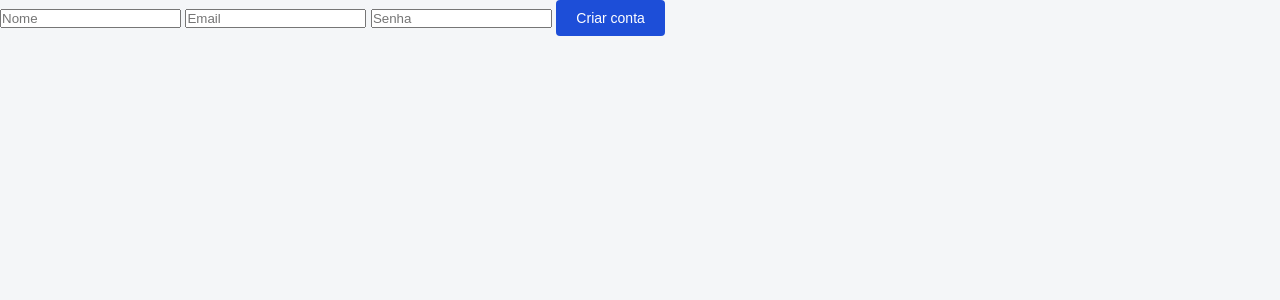
Repository: juvencio009/infratech-web
Page: register.html
These files come from the project's save history. The page is drawn as it stood at one moment and after the next save; the edit follows.
The browser window is 1280 px wide. The pictures show the whole page.

Above is the page before, as saved 2025-12-18 14:55:06.

### register.html
<!DOCTYPE html>
<html lang="en">
<head>
    <meta charset="UTF-8">
    <meta name="viewport" content="width=device-width, initial-scale=1.0">
    <title>Register & Login</title>
    <link rel="stylesheet" href="css/style.css">
</head>
<body>
    <form id="registerForm" >
    <input type="text" id="name" placeholder="Nome" required />
    <input type="email" id="email" placeholder="Email" required />
    <input type="password" id="password" placeholder="Senha" required />
    <button>Criar conta</button>
    </form>
    <script src="src/main.js"></script>
</body>
</html>

### css/style.css
/* ===============================
   RESET & BASE
================================ */

* {
  box-sizing: border-box;
  margin: 0;
  padding: 0;
  font-family: Arial, Helvetica, sans-serif;
}

body {
  background: #f4f6f8;
  color: #1f2937;
  line-height: 1.5;
}

/* ===============================
   HEADER
================================ */

header {
  background: #ffffff;
  border-bottom: 1px solid #e5e7eb;
  padding: 16px 40px;
  display: flex;
  align-items: center;
  justify-content: space-between;
}

.logo {
  font-size: 22px;
  font-weight: bold;
  color: #1d4ed8;
  cursor: pointer;
}

.header-actions button {
  background: transparent;
  border: 1px solid #1d4ed8;
  color: #1d4ed8;
  padding: 6px 14px;
  border-radius: 4px;
  cursor: pointer;
  font-size: 14px;
}

.header-actions button:disabled {
  opacity: 0.6;
  cursor: default;
}

/* ===============================
   HERO / INTRO (INDEX)
================================ */

.hero {
  padding: 50px 40px 30px;
}

.hero h1 {
  font-size: 28px;
  margin-bottom: 10px;
}

.hero p {
  color: #4b5563;
  max-width: 600px;
}

/* ===============================
   GRID DE DISCIPLINAS
================================ */

.grid {
  padding: 40px;
  display: grid;
  grid-template-columns: repeat(auto-fit, minmax(230px, 1fr));
  gap: 24px;
}

.card {
  background: #ffffff;
  border-radius: 8px;
  padding: 30px 20px;
  text-align: center;
  border: 1px solid #e5e7eb;
  cursor: pointer;
  transition: 0.2s ease;
}

.card:hover {
  transform: translateY(-4px);
  box-shadow: 0 6px 20px rgba(0, 0, 0, 0.08);
}

.card i {
  font-size: 38px;
  color: #1d4ed8;
  margin-bottom: 14px;
}

.card h3 {
  font-size: 18px;
  margin-bottom: 8px;
}

.card span {
  font-size: 13px;
  color: #6b7280;
}

/* ===============================
   MAIN (QUIZ)
================================ */

main {
  max-width: 720px;
  margin: 40px auto;
  background: #ffffff;
  border-radius: 8px;
  border: 1px solid #e5e7eb;
  padding: 30px;
}

.subtitle {
  color: #6b7280;
  margin-bottom: 20px;
  font-size: 14px;
}

/* ===============================
   INTRO DO QUIZ
================================ */

#intro ul {
  margin: 20px 0;
  padding-left: 18px;
  color: #374151;
}

#intro li {
  margin-bottom: 8px;
  font-size: 14px;
}

#intro i {
  color: #dc2626;
  margin-right: 6px;
}

/* ===============================
   BOTÕES
================================ */

button {
  background: #1d4ed8;
  color: #ffffff;
  border: none;
  padding: 10px 20px;
  border-radius: 4px;
  cursor: pointer;
  font-size: 14px;
}

button:hover {
  background: #1e40af;
}

/* ===============================
   QUESTÕES
================================ */

.question-number {
  font-size: 13px;
  color: #6b7280;
  margin-bottom: 6px;
}

.question-text {
  font-size: 17px;
  margin-bottom: 20px;
}

/* ===============================
   OPÇÕES DE RESPOSTA
================================ */

.option {
  border: 1px solid #e5e7eb;
  border-radius: 4px;
  padding: 10px 12px;
  margin-bottom: 10px;
  cursor: pointer;
  transition: 0.15s;
  display: flex;
  gap: 10px;
  align-items: center;
}

.option:hover {
  background: #f9fafb;
}

.option input {
  cursor: pointer;
}

/* ===============================
   AÇÕES
================================ */

.actions {
  margin-top: 20px;
  display: flex;
  justify-content: flex-end;
}

/* ===============================
   RESULTADO
================================ */

#resultado {
  text-align: center;
}

.score {
  font-size: 28px;
  margin: 20px 0;
  color: #1d4ed8;
}

.status {
  font-size: 16px;
  font-weight: bold;
}

/* ===============================
   FOOTER
================================ */

footer {
  text-align: center;
  padding: 20px;
  font-size: 13px;
  color: #374151;
  padding: 10px 12px;
  width: 100%;
  border-top: 2px solid #374151;
  background: #f9fafb;
}

/* ===============================
   UTILIDADES
================================ */

.hidden {
  display: none;
}

/* ===============================
   RESPONSIVO
================================ */

@media (max-width: 600px) {
  header {
    padding: 14px 20px;
  }

  .hero,
  .grid {
    padding: 20px;
  }

  main {
    margin: 20px;
    padding: 20px;
  }
}

### src/main.js
const form = document.getElementById("registerForm");

form.addEventListener("submit", async (e) => {
  e.preventDefault();

  const name = document.getElementById("name").value;
  const email = document.getElementById("email").value;
  const password = document.getElementById("password").value;

  // 1️⃣ Criar usuário no AUTH
  const { data, error } = await supabaseClient.auth.signUp({
    email,
    password
  });

  if (error) {
    alert(error.message);
    return;
  }

  // 2️⃣ Inserir dados na sua tabela studio001
  const { error: insertError } = await supabaseClient
    .from("studio001")
    .insert({
      id: data.user.id,
      name: name,
      email: email
    });

  if (insertError) {
    alert(insertError.message);
    return;
  }

  alert("Conta criada com sucesso!");
});

After the next save:
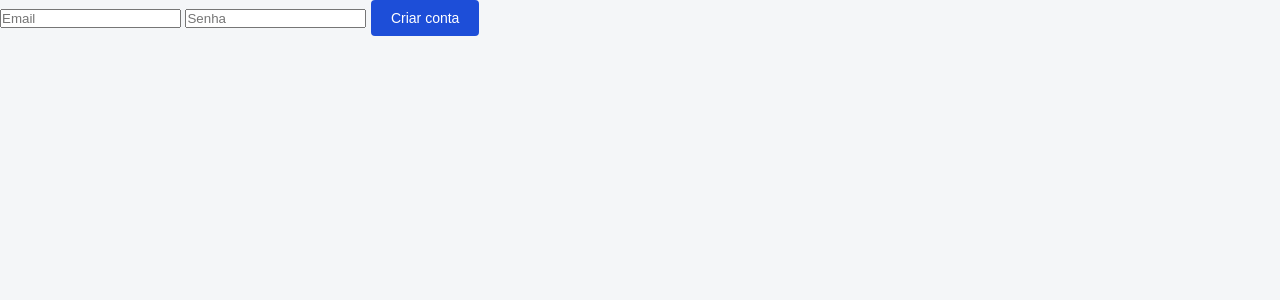
Saved 7 s later.
--- a/register.html
+++ b/register.html
@@ -7,7 +7,7 @@
     <link rel="stylesheet" href="css/style.css">
 </head>
 <body>
-    <form id="registerForm" >
+    <form id="registerForm"
     <input type="text" id="name" placeholder="Nome" required />
     <input type="email" id="email" placeholder="Email" required />
     <input type="password" id="password" placeholder="Senha" required />

After the 2 saves that followed:
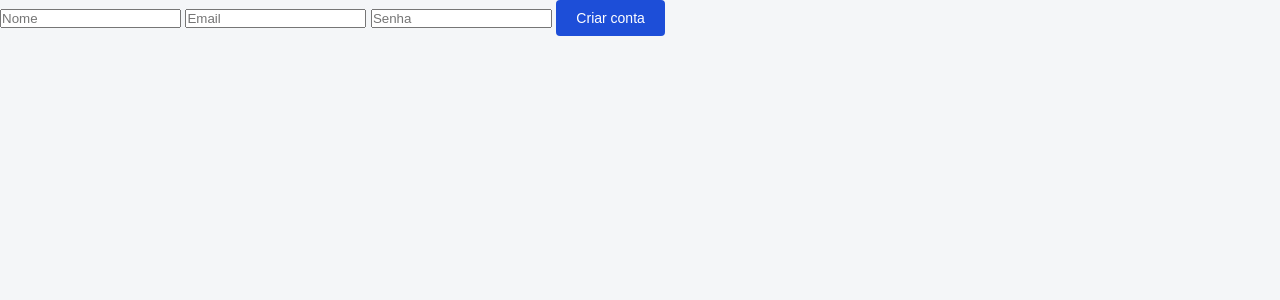
The 2 saves are shown as one change because they came seconds apart.
The last was saved 8 s later.
--- a/register.html
+++ b/register.html
@@ -7,7 +7,8 @@
     <link rel="stylesheet" href="css/style.css">
 </head>
 <body>
-    <form id="registerForm"
+    <form id="registerForm">
+
     <input type="text" id="name" placeholder="Nome" required />
     <input type="email" id="email" placeholder="Email" required />
     <input type="password" id="password" placeholder="Senha" required />
